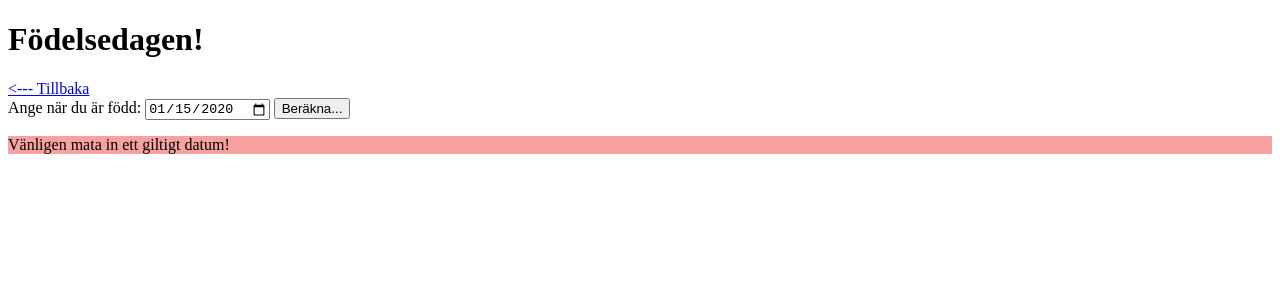
Repository: mw222rs/1dv403-laborationer
Page: 1-vandalen/birthday/index.html
The author's editor kept a record of every edit. The page is drawn from the files as they stood at one moment, then again after the next edit.
The browser window is 1280 px wide. The pictures show the whole page.
Empty fields were first filled with sample values (such as "Sample", 5 or name@example.com).
After loading, the first visible `#send` was clicked once.

Above is the page before.

### 1-vandalen/birthday/index.html
<!DOCTYPE html>
<html lang="sv">
<head>
	<meta charset="UTF-8" />
 	<title>JavaScript - Födelsedagen</title>
 	<style>
 		.error {
 			background-color: #F7A1A1;
 		}
 	</style>
</head>
    <body>
        <h1>Födelsedagen!</h1>
        <a href="../index.html">&lt;--- Tillbaka</a>
 		<form>
 			Ange när du är född:
 			<input type="date" id="string" /> <input id="send" type="submit" value="Beräkna..." />
 			<p id="value"></p>
		</form>

    	  <script src="script.js"></script>

    </body>
</html>

### 1-vandalen/birthday/script.js
"use strict";

window.onload = function(){


	var birthday = function(date){

		if (date === "" || date.charAt(4) !== "-") {
			throw new Error("Vänligen mata in ett giltigt datum.");
		}

		console.log("Indata: " + date);

		var userBday = new Date(date);



		var now = new Date();

		if (userBday.getFullYear() > now.getFullYear() || userBday.getMonth() < 0 || userBday.getMonth() > 11 || userBday.getDate() < 1 || userBday.getDate() > 31 ) {
			throw new Error("Vänligen mata in ett giltigt datum!");
		}

		var thisYearUserBday = new Date(now.getFullYear(), userBday.getMonth(), userBday.getDate());
		var nextYearUserBday = new Date((now.getFullYear() + 1), userBday.getMonth(), userBday.getDate());


		console.log("UserBday-objekt: " + userBday);
		console.log("Nu: " + now);
		console.log("Bday: " + thisYearUserBday);
		console.log("Nästa år: " + nextYearUserBday);

		var diff = ((thisYearUserBday.getTime() < now.getTime()) ? nextYearUserBday.getTime() : thisYearUserBday.getTime()) - now.getTime();

		var days = Math.ceil(diff / (1000*60*60*24));

		return days;



	};
	// ------------------------------------------------------------------------------


	// Kod för att hantera utskrift och inmatning. Denna ska du inte behöva förändra
	var p = document.querySelector("#value"); // Referens till DOM-noden med id="#value"
	var input = document.querySelector("#string");
	var submit = document.querySelector("#send");

	// Vi kopplar en eventhanterare till formulärets skickaknapp som kör en anonym funktion.
	submit.addEventListener("click", function(e){
		e.preventDefault(); // Hindra formuläret från att skickas till servern. Vi hanterar allt på klienten.

		p.classList.remove( "error");

		try {
			var answer = birthday(input.value) // Läser in texten från textrutan och skickar till funktionen "convertString"
			var message;
			switch (answer){
				case 0: message = "Grattis på födelsedagen!";
					break;
				case 1: message = "Du fyller år imorgon!";
					break;
				default: message = "Du fyller år om " + answer + " dagar";
					break;
			}

			p.innerHTML = message;
		} catch (error){
			p.classList.add( "error"); // Växla CSS-klass, IE10+
			p.innerHTML = error.message;
		}

	});



};

After the next edit:
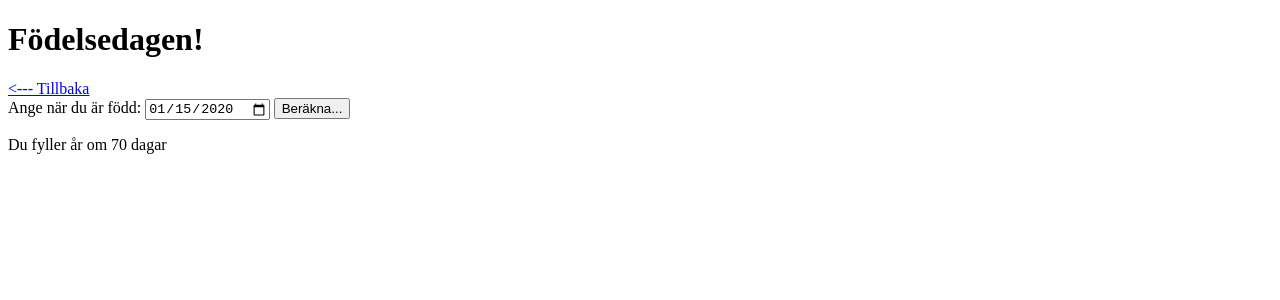
The edit:
--- a/1-vandalen/birthday/script.js
+++ b/1-vandalen/birthday/script.js
@@ -17,9 +17,9 @@
 
 		var now = new Date();
 
-		if (userBday.getFullYear() > now.getFullYear() || userBday.getMonth() < 0 || userBday.getMonth() > 11 || userBday.getDate() < 1 || userBday.getDate() > 31 ) {
-			throw new Error("Vänligen mata in ett giltigt datum!");
-		}
+		//if (userBday.getFullYear() > now.getFullYear() || userBday.getMonth() < 0 || userBday.getMonth() > 11 || userBday.getDate() < 1 || userBday.getDate() > 31 ) {
+		//	throw new Error("Vänligen mata in ett giltigt datum!");
+		//}
 
 		var thisYearUserBday = new Date(now.getFullYear(), userBday.getMonth(), userBday.getDate());
 		var nextYearUserBday = new Date((now.getFullYear() + 1), userBday.getMonth(), userBday.getDate());
